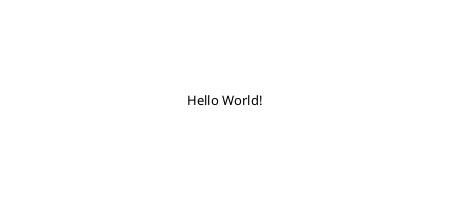
Repository: jgabrielfreitas/JavaTranslatorDesktop
Program's window: java JavaFxTranslatorApplication/src/application/HelloWorld.java
The author's editor kept a copy of each file at every save. The program's window is drawn from the files as they stood at one save, then again after the next save.
It runs on Java 21 on a 1366 x 768 screen with JavaFX 11; the title bar is not drawn.

Above is the program's window before, as saved 2015-06-06 02:30:12.

### JavaFxTranslatorApplication/src/application/HelloWorld.java
package application;

import javafx.application.Application;
import javafx.geometry.Pos;
import javafx.scene.Scene;
import javafx.scene.control.Alert;
import javafx.scene.layout.VBox;
import javafx.scene.text.Text;
import javafx.stage.Stage;

public class HelloWorld extends Application{

	Text helloWorld;

	public void start(Stage primaryStage) throws Exception {


        Text text = new Text("Hello World!");

        text.setOnTouchPressed(e->{
            Alert dialogoInfo = new Alert(Alert.AlertType.INFORMATION);
            dialogoInfo.setTitle("Diálogo de informação");
            dialogoInfo.setHeaderText("Esse é o cabeçalho...");
            dialogoInfo.setContentText("Informação importante!");
            dialogoInfo.showAndWait();

        });

        VBox raiz = new VBox(20);
        raiz.setAlignment(Pos.CENTER);
        raiz.getChildren().addAll(text);

        Scene cena = new Scene(raiz, 450, 200);
        primaryStage.setTitle("Diálogos de erro e informação");
        primaryStage.setScene(cena);
        primaryStage.show();

	}

}

After the next save:
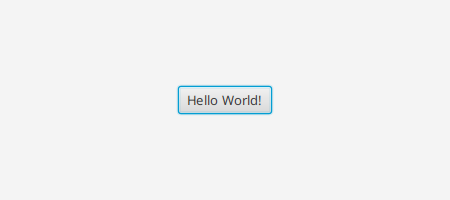
Saved 25 s later.
--- a/JavaFxTranslatorApplication/src/application/HelloWorld.java
+++ b/JavaFxTranslatorApplication/src/application/HelloWorld.java
@@ -4,6 +4,7 @@
 import javafx.geometry.Pos;
 import javafx.scene.Scene;
 import javafx.scene.control.Alert;
+import javafx.scene.control.Button;
 import javafx.scene.layout.VBox;
 import javafx.scene.text.Text;
 import javafx.stage.Stage;
@@ -15,7 +16,7 @@
 	public void start(Stage primaryStage) throws Exception {
 
 
-        Text text = new Text("Hello World!");
+        Button text = new Button("Hello World!");
 
         text.setOnTouchPressed(e->{
             Alert dialogoInfo = new Alert(Alert.AlertType.INFORMATION);
